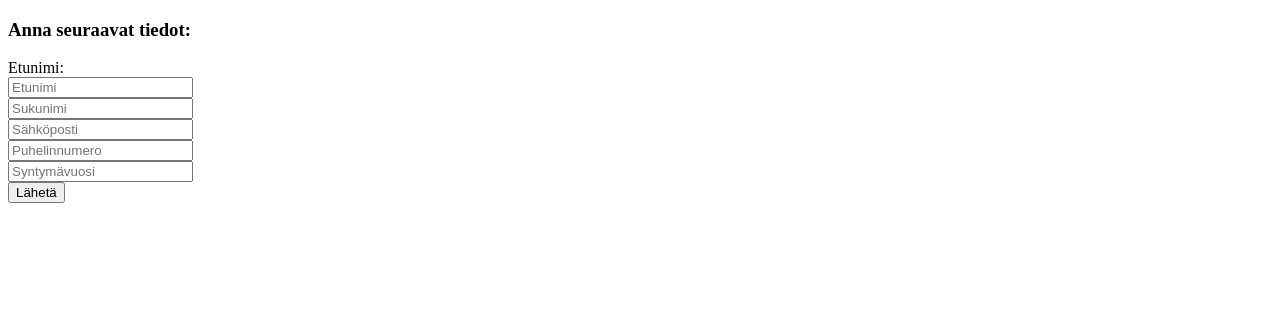
Repository: er-12/tehtava6
Page: http://localhost/t3/kysy.jsp
The author's editor kept a copy of each file at every save. The page is drawn from the files as they stood at one save, then again after the next save.
The browser window is 1280 px wide. The pictures show the whole page.
The page is served by Tomcat 9.

Above is the page before, as saved 2021-04-17 11:08:15.

After the next save:
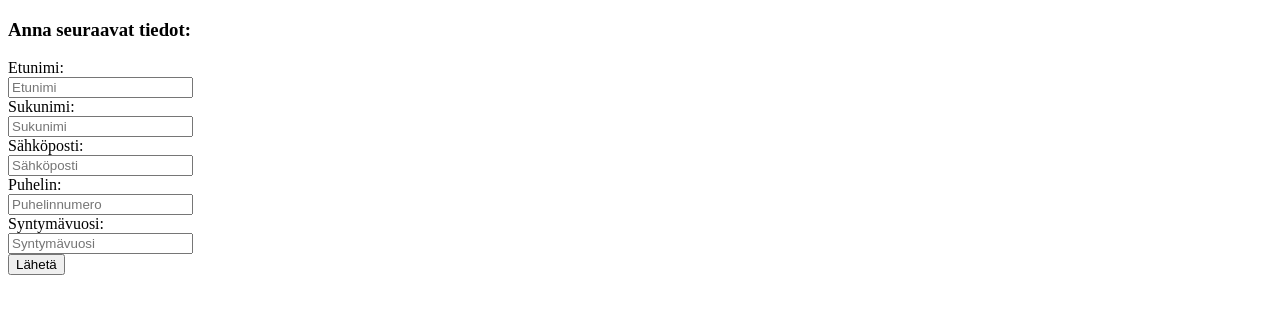
Saved 51 s later.
--- a/t3/WebContent/kysy.jsp
+++ b/t3/WebContent/kysy.jsp
@@ -11,9 +11,13 @@
 <form action="nayta.jsp" method="POST">
 	<label for="etunimi">Etunimi:</label><br>
 	<input type="text" name="etunimi" placeholder= "Etunimi"><br>
+	<label for="fname">Sukunimi:</label><br>
 	<input type="text" name="sukunimi" placeholder= "Sukunimi"><br>
+	<label for="fname">Sähköposti:</label><br>
 	<input type="text" name="sposti" placeholder= "Sähköposti"><br>
+	<label for="fname">Puhelin:</label><br>
 	<input type="text" name="puhelin" placeholder= "Puhelinnumero"><br>
+	<label for="fname">Syntymävuosi:</label><br>
 	<input type="text" name="vuosi" placeholder= "Syntymävuosi"><br>
 	<input type="submit" value="Lähetä">
 </form>
